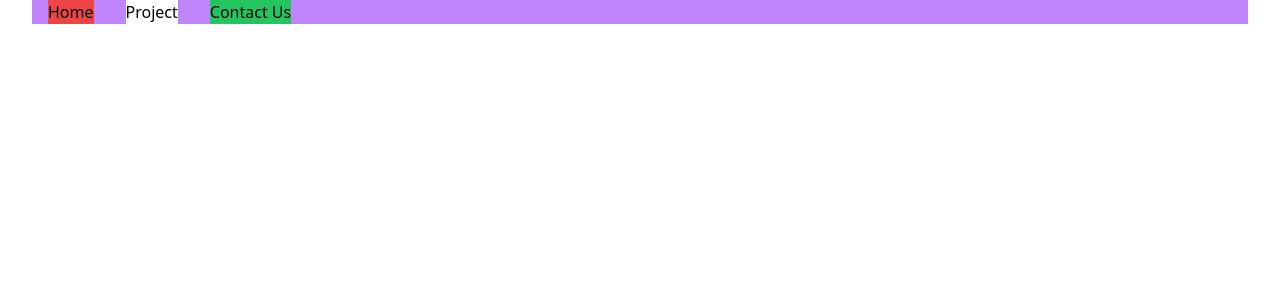
Repository: ashut6138/RozarpayClone
Page: Desktop/RozarpayClone/index.html
The author's editor kept a copy of each file at every save. The page is drawn from the files as they stood at one save, then again after a run of saves.
The browser window is 1280 px wide. The pictures show the whole page.
Some web libraries are served in a nearby version.

Above is the page before, as saved 2025-01-21 23:12:46.

After the next 2 saves:
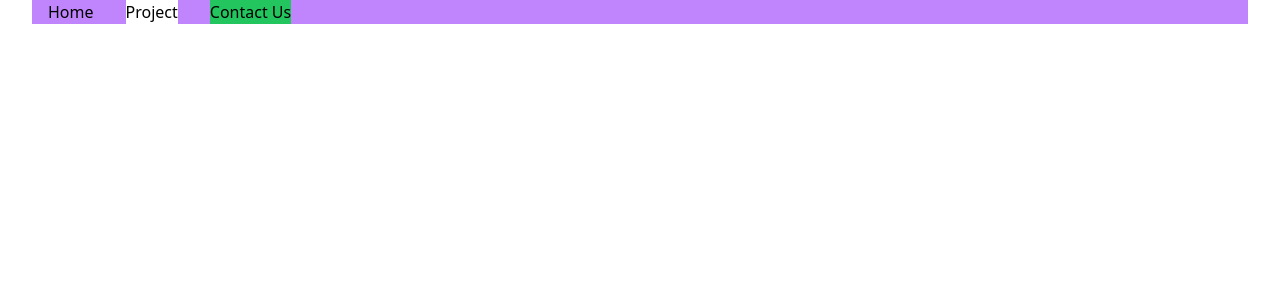
The 2 saves are shown as one change because they came seconds apart.
The last was saved 26 s later.
--- a/Desktop/RozarpayClone/index.html
+++ b/Desktop/RozarpayClone/index.html
@@ -10,7 +10,7 @@
 <body>
     <nav>
         <ul class="mx-8 bg-purple-400 flex">
-            <li class="mx-4 bg-red-500">Home</li>
+            <li class="mx-4 tr">Home</li>
             <li class="mx-4 bg-white">Project</li>
             <li class="mx-4 bg-green-500">Contact Us</li>
         </ul>
